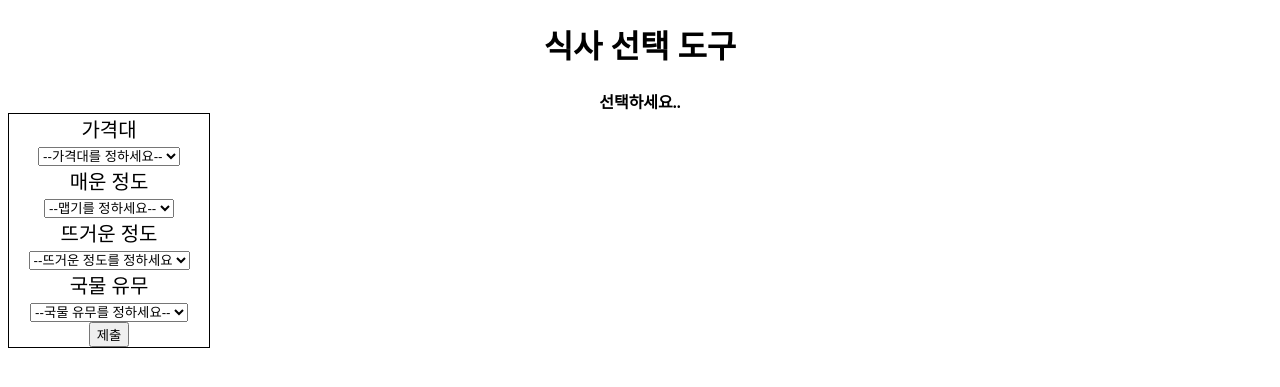
Repository: kimgh06/JavaWeb
Page: http://localhost/what/
These files come from the project's save history. The page is drawn as it stood at one moment and after the next save; the edit follows.
The browser window is 1280 px wide. The pictures show the whole page.
The page is served by Tomcat 9.

Above is the page before, as saved 2022-11-04 00:25:31.

After the next save:
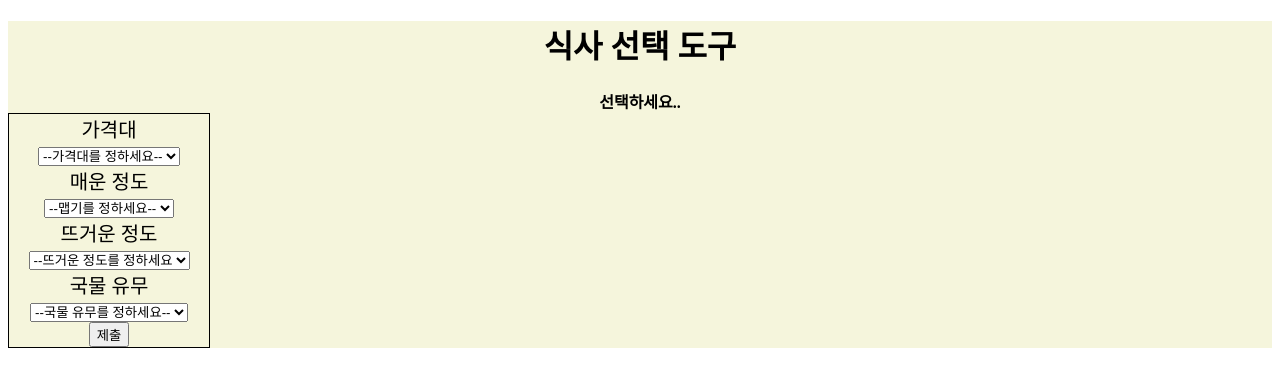
Saved 2 min 1 s later.
--- a/what/src/main/webapp/main.css
+++ b/what/src/main/webapp/main.css
@@ -3,6 +3,7 @@
 #main{
 	text-align: center;
 	display: block;
+	background-color: beige;
 }
 
 #form{
